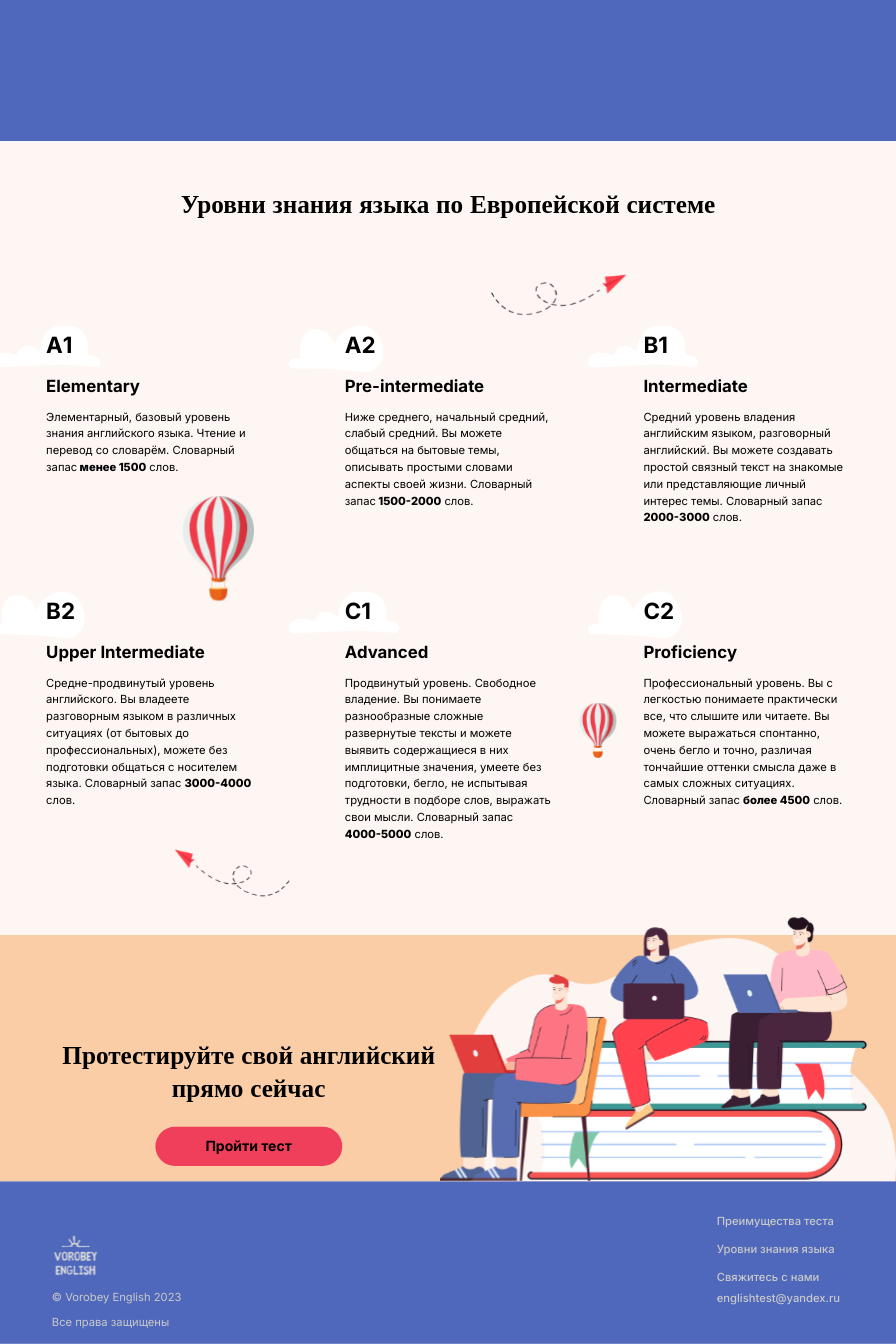
Repository: WladimirVA/PP-01-01_Dandelions
Page: Index.html
An editor plug-in stored every save of this project. The page is shown before and after the next save, followed by the edit.
The browser window is 1280 px wide. The pictures show the part of the page from y = 2004 to 3924 px (the page is 3924 px tall), at 70% of full size.

Above is the page before, as saved 2023-01-26 10:16:33.
Console error: ReferenceError: $ is not defined

After the next save:
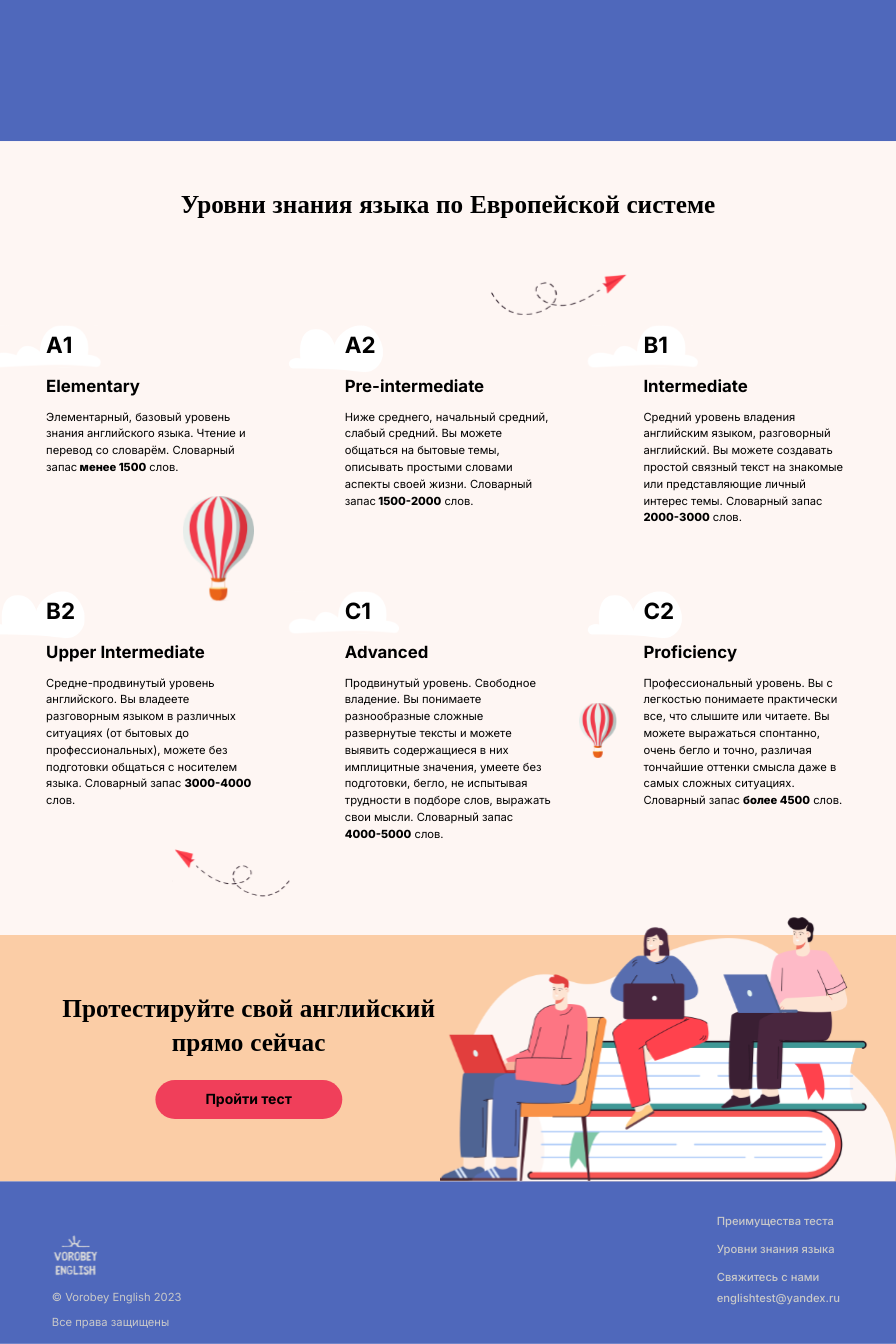
Saved 29 h 50 min later.
--- a/static/css/style.css
+++ b/static/css/style.css
@@ -390,7 +390,7 @@ img.rot {
 
 .test-now-text {
     text-align: center;
-    margin-top: 82px;
+    margin-top: 15px;
 }
 
 .test-now-img {
